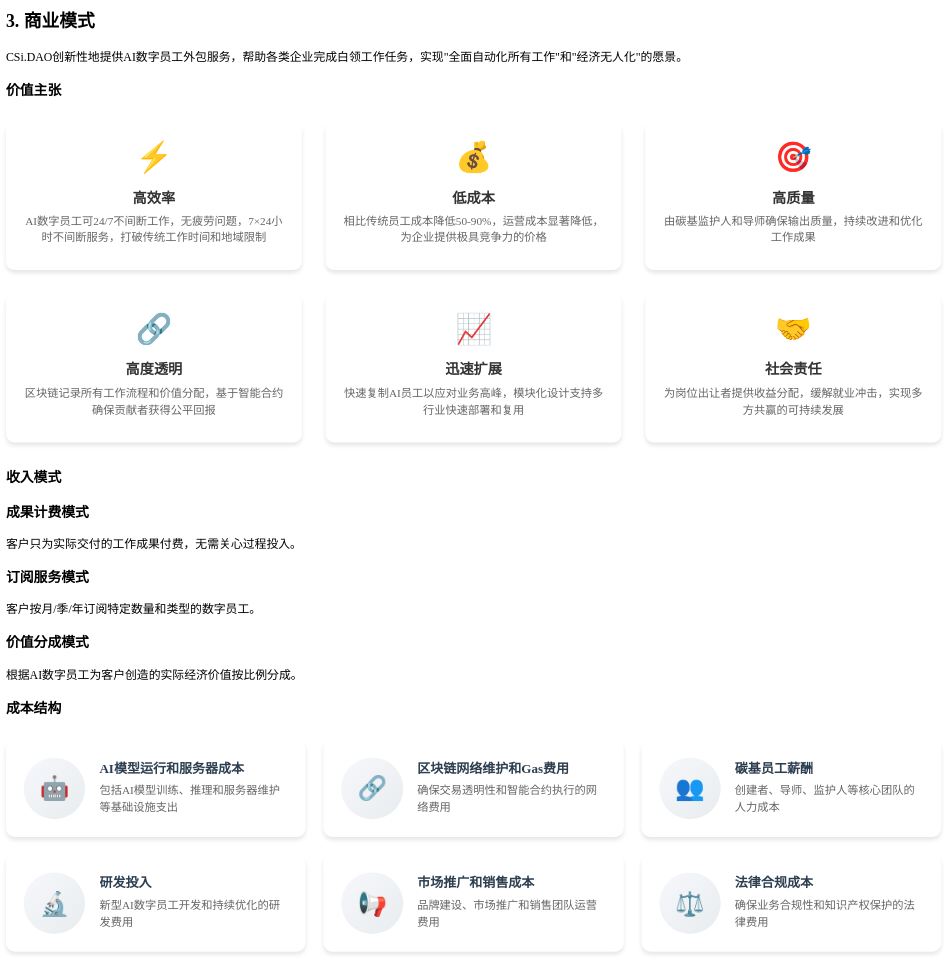
Repository: delez911/ainize
Page: static-site/src/components/business/business.html
The author's editor kept a copy of each file at every save. The page is drawn from the files as they stood at one save, then again after the next save.
The browser window is 1280 px wide. The pictures show the whole page, at 74% of full size.

Above is the page before, as saved 2025-04-24 07:06:58.

### static-site/src/components/business/business.html
<section id="business" class="section">
  <div class="section-container">
    <h2 class="section-title">3. 商业模式</h2>
    <div class="content">
      <p>CSi.DAO创新性地提供AI数字员工外包服务，帮助各类企业完成白领工作任务，实现"全面自动化所有工作"和"经济无人化"的愿景。</p>

      <h3>价值主张</h3>
      <div class="value-propositions">
        <div class="value-item">
          <div class="value-icon">⚡</div>
          <h4>高效率</h4>
          <p>AI数字员工可24/7不间断工作，无疲劳问题，7×24小时不间断服务，打破传统工作时间和地域限制</p>
        </div>
        <div class="value-item">
          <div class="value-icon">💰</div>
          <h4>低成本</h4>
          <p>相比传统员工成本降低50-90%，运营成本显著降低，为企业提供极具竞争力的价格</p>
        </div>
        <div class="value-item">
          <div class="value-icon">🎯</div>
          <h4>高质量</h4>
          <p>由碳基监护人和导师确保输出质量，持续改进和优化工作成果</p>
        </div>
        <div class="value-item">
          <div class="value-icon">🔗</div>
          <h4>高度透明</h4>
          <p>区块链记录所有工作流程和价值分配，基于智能合约确保贡献者获得公平回报</p>
        </div>
        <div class="value-item">
          <div class="value-icon">📈</div>
          <h4>迅速扩展</h4>
          <p>快速复制AI员工以应对业务高峰，模块化设计支持多行业快速部署和复用</p>
        </div>
        <div class="value-item">
          <div class="value-icon">🤝</div>
          <h4>社会责任</h4>
          <p>为岗位出让者提供收益分配，缓解就业冲击，实现多方共赢的可持续发展</p>
        </div>
      </div>

      <h3>收入模式</h3>
      <div class="card-container">
        <div class="card">
          <h3>成果计费模式</h3>
          <p>客户只为实际交付的工作成果付费，无需关心过程投入。</p>
        </div>
        <div class="card">
          <h3>订阅服务模式</h3>
          <p>客户按月/季/年订阅特定数量和类型的数字员工。</p>
        </div>
        <div class="card">
          <h3>价值分成模式</h3>
          <p>根据AI数字员工为客户创造的实际经济价值按比例分成。</p>
        </div>
      </div>

      <h3>成本结构</h3>
      <div class="cost-structure">
        <div class="cost-item">
          <div class="cost-icon">🤖</div>
          <div class="cost-content">
            <h4>AI模型运行和服务器成本</h4>
            <p>包括AI模型训练、推理和服务器维护等基础设施支出</p>
          </div>
        </div>
        <div class="cost-item">
          <div class="cost-icon">🔗</div>
          <div class="cost-content">
            <h4>区块链网络维护和Gas费用</h4>
            <p>确保交易透明性和智能合约执行的网络费用</p>
          </div>
        </div>
        <div class="cost-item">
          <div class="cost-icon">👥</div>
          <div class="cost-content">
            <h4>碳基员工薪酬</h4>
            <p>创建者、导师、监护人等核心团队的人力成本</p>
          </div>
        </div>
        <div class="cost-item">
          <div class="cost-icon">🔬</div>
          <div class="cost-content">
            <h4>研发投入</h4>
            <p>新型AI数字员工开发和持续优化的研发费用</p>
          </div>
        </div>
        <div class="cost-item">
          <div class="cost-icon">📢</div>
          <div class="cost-content">
            <h4>市场推广和销售成本</h4>
            <p>品牌建设、市场推广和销售团队运营费用</p>
          </div>
        </div>
        <div class="cost-item">
          <div class="cost-icon">⚖️</div>
          <div class="cost-content">
            <h4>法律合规成本</h4>
            <p>确保业务合规性和知识产权保护的法律费用</p>
          </div>
        </div>
      </div>
    </div>
  </div>
</section>

<style>
.value-propositions {
  display: grid;
  grid-template-columns: repeat(auto-fit, minmax(300px, 1fr));
  gap: 2rem;
  margin: 2rem 0;
}

.value-item {
  background: white;
  border-radius: 12px;
  padding: 1.5rem;
  box-shadow: 0 4px 6px rgba(0, 0, 0, 0.1);
  transition: transform 0.3s ease, box-shadow 0.3s ease;
  text-align: center;
}

.value-item:hover {
  transform: translateY(-5px);
  box-shadow: 0 8px 12px rgba(0, 0, 0, 0.15);
}

.value-icon {
  font-size: 2.5rem;
  margin-bottom: 1rem;
}

.value-item h4 {
  color: #333;
  margin: 0.5rem 0;
  font-size: 1.2rem;
  font-weight: 600;
}

.value-item p {
  color: #666;
  margin: 0.5rem 0;
  font-size: 0.95rem;
  line-height: 1.5;
}

@media (max-width: 768px) {
  .value-propositions {
    grid-template-columns: 1fr;
  }
}

.cost-structure {
  display: grid;
  grid-template-columns: repeat(auto-fit, minmax(300px, 1fr));
  gap: 1.5rem;
  margin: 2rem 0;
}

.cost-item {
  background: white;
  border-radius: 12px;
  padding: 1.5rem;
  display: flex;
  align-items: flex-start;
  gap: 1.2rem;
  box-shadow: 0 4px 6px rgba(0, 0, 0, 0.1);
  transition: transform 0.3s ease, box-shadow 0.3s ease;
}

.cost-item:hover {
  transform: translateY(-5px);
  box-shadow: 0 8px 15px rgba(0, 0, 0, 0.1);
}

.cost-icon {
  font-size: 2rem;
  background: linear-gradient(135deg, #f6f8fc, #e9ecef);
  padding: 0.8rem;
  border-radius: 50%;
  min-width: 3.6rem;
  height: 3.6rem;
  display: flex;
  align-items: center;
  justify-content: center;
}

.cost-content {
  flex: 1;
}

.cost-content h4 {
  color: #2c3e50;
  margin: 0 0 0.5rem 0;
  font-size: 1.1rem;
  font-weight: 600;
}

.cost-content p {
  color: #666;
  margin: 0;
  font-size: 0.95rem;
  line-height: 1.5;
}

@media (max-width: 768px) {
  .cost-structure {
    grid-template-columns: 1fr;
  }

  .cost-item {
    padding: 1.2rem;
  }
}
</style>

After the next save:
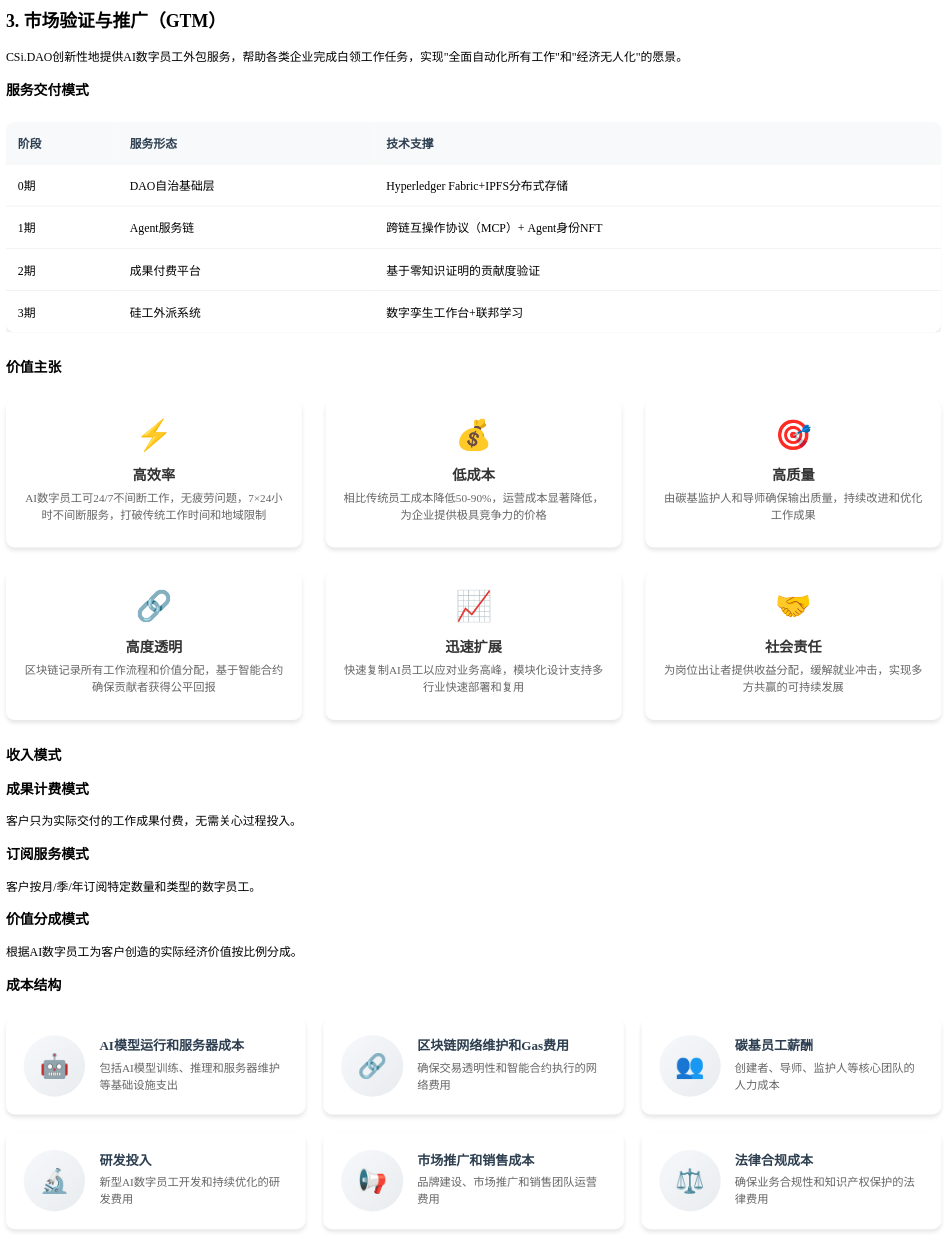
Saved 4 min 15 s later.
--- a/static-site/src/components/business/business.html
+++ b/static-site/src/components/business/business.html
@@ -1,8 +1,43 @@
 <section id="business" class="section">
   <div class="section-container">
-    <h2 class="section-title">3. 商业模式</h2>
+    <h2 class="section-title">3. 市场验证与推广（GTM）</h2>
     <div class="content">
       <p>CSi.DAO创新性地提供AI数字员工外包服务，帮助各类企业完成白领工作任务，实现"全面自动化所有工作"和"经济无人化"的愿景。</p>
+
+      <h3>服务交付模式</h3>
+      <div class="delivery-model">
+        <table>
+          <thead>
+            <tr>
+              <th>阶段</th>
+              <th>服务形态</th>
+              <th>技术支撑</th>
+            </tr>
+          </thead>
+          <tbody>
+            <tr>
+              <td>0期</td>
+              <td>DAO自治基础层</td>
+              <td>Hyperledger Fabric+IPFS分布式存储</td>
+            </tr>
+            <tr>
+              <td>1期</td>
+              <td>Agent服务链</td>
+              <td>跨链互操作协议（MCP）+ Agent身份NFT</td>
+            </tr>
+            <tr>
+              <td>2期</td>
+              <td>成果付费平台</td>
+              <td>基于零知识证明的贡献度验证</td>
+            </tr>
+            <tr>
+              <td>3期</td>
+              <td>硅工外派系统</td>
+              <td>数字孪生工作台+联邦学习</td>
+            </tr>
+          </tbody>
+        </table>
+      </div>
 
       <h3>价值主张</h3>
       <div class="value-propositions">
@@ -212,4 +247,51 @@
     padding: 1.2rem;
   }
 }
+
+.delivery-model {
+  margin: 2rem 0;
+  overflow-x: auto;
+}
+
+.delivery-model table {
+  width: 100%;
+  border-collapse: collapse;
+  background: white;
+  border-radius: 12px;
+  overflow: hidden;
+  box-shadow: 0 4px 6px rgba(0, 0, 0, 0.1);
+}
+
+.delivery-model th,
+.delivery-model td {
+  padding: 1rem;
+  text-align: left;
+  border-bottom: 1px solid #eee;
+}
+
+.delivery-model th {
+  background: #f8f9fa;
+  font-weight: 600;
+  color: #2c3e50;
+}
+
+.delivery-model tr:last-child td {
+  border-bottom: none;
+}
+
+.delivery-model tr:hover {
+  background: #f8f9fa;
+}
+
+@media (max-width: 768px) {
+  .delivery-model {
+    margin: 1rem 0;
+  }
+
+  .delivery-model th,
+  .delivery-model td {
+    padding: 0.8rem;
+    font-size: 0.9rem;
+  }
+}
 </style>
